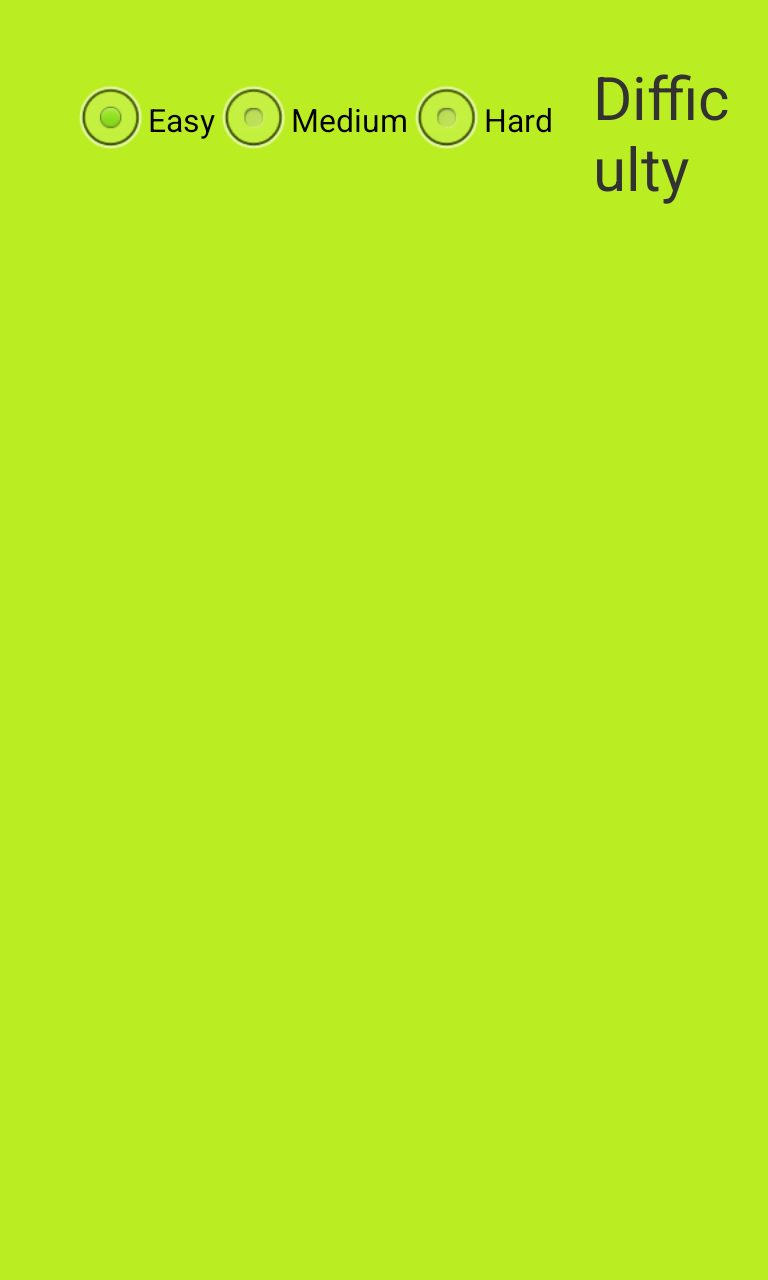
Repository: hoorncj-student/SuperSnakeOnline
Layout: SuperSnakeOnline/res/layout/activity_settings.xml
The author's editor kept a copy of each file at every save. The layout is drawn from the files as they stood at one save, then again after the next save.
It is drawn on a 768 x 1280 px phone screen (xhdpi) without system bars, with theme AppTheme; the app's code is not run.

Above is the layout before, as saved 2013-10-12 20:35:47.

### SuperSnakeOnline/res/layout/activity_settings.xml
<LinearLayout xmlns:tools="http://schemas.android.com/tools"
    xmlns:android="http://schemas.android.com/apk/res/android"
    android:layout_width="match_parent"
    android:layout_height="match_parent"
    android:paddingBottom="@dimen/activity_vertical_margin"
    android:paddingLeft="@dimen/activity_horizontal_margin"
    android:paddingRight="@dimen/activity_horizontal_margin"
    android:paddingTop="@dimen/activity_vertical_margin"
    android:background="@color/greenstuff"
    tools:context=".SettingsActivity" >

    <RadioGroup
        android:id="@+id/radioGroup1"
        android:layout_width="wrap_content"
        android:layout_height="wrap_content"
        android:layout_margin="20dp"
        android:orientation="horizontal" >

        <RadioButton
            android:id="@+id/radio0"
            android:layout_width="wrap_content"
            android:layout_height="wrap_content"
            android:checked="true"
            android:text="@string/easy_radio_button" />

        <RadioButton
            android:id="@+id/radio1"
            android:layout_width="wrap_content"
            android:layout_height="wrap_content"
            android:text="@string/medium_radio_button" />

        <RadioButton
            android:id="@+id/radio2"
            android:layout_width="wrap_content"
            android:layout_height="wrap_content"
            android:text="@string/hard_radio_button" />
    </RadioGroup>

    <TextView
        android:id="@+id/difficulty_text"
        android:layout_width="wrap_content"
        android:layout_height="wrap_content"
        android:layout_marginTop="10dp"
        android:text="@string/difficulty"
        android:textSize="30sp" />

    <ImageButton
        android:id="@+id/color_button"
        android:layout_width="50dp"
        android:layout_height="50dp"
        android:layout_margin="20dp"
        android:layout_marginTop="226dp"
        android:background="@drawable/ic_launcher"
        android:src="@drawable/green" />

    <TextView
        android:id="@+id/name_prompt_text"
        android:layout_width="wrap_content"
        android:layout_height="wrap_content"
        android:layout_marginBottom="105dp"
        android:text="@string/name_prompt"
        android:textSize="32sp" />

    <TextView
        android:id="@+id/snake_color_text"
        android:layout_width="wrap_content"
        android:layout_height="wrap_content"
        android:layout_alignParentTop="true"
        android:layout_centerHorizontal="true"
        android:layout_marginTop="355dp"
        android:text="@string/snake_color"
        android:textSize="32sp" />

</LinearLayout>

### SuperSnakeOnline/res/values/colors.xml
<?xml version="1.0" encoding="utf-8"?>
<resources>
    <color name="greenstuff">#BE2</color>
    <color name="text_violet">#ff8888ff</color>
    <color name="white">#FFFFFF</color>
</resources>

### SuperSnakeOnline/res/values/strings.xml
<?xml version="1.0" encoding="utf-8"?>
<resources>

    <string name="app_name">Super Snake Online</string>
    <string name="action_settings">Settings</string>
    <string name="single_player_button">Single Player</string>
    <string name="two_player_button">Two Player</string>
    <string name="high_scores_button">High Scores</string>
    <string name="settings_button">Settings</string>
    <string name="title_activity_snake_game">SnakeGameActivity</string>
    <string name="title_activity_settings">SettingsActivity</string>
    <string name="snake_color">Snake Color</string>
    <string name="difficulty">Difficulty</string>
    <string name="back_button">Back</string>
    <string name="easy_radio_button">Easy</string>
    <string name="medium_radio_button">Medium</string>
    <string name="hard_radio_button">Hard</string>
    <string name="title_activity_high_scores">HighScoresActivity</string>
    <string name="game_sound">Sound</string>
    <string name="title_activity_online_lobby">OnlineLobbyActivity</string>
    <string name="hello_world">Hello world!</string>
    <string name="name_prompt">Online Name</string>

</resources>

Loaded but not shown: SuperSnakeOnline/res/values/styles.xml (common file); SuperSnakeOnline/res/values/dimens.xml (common file)

After the next save:
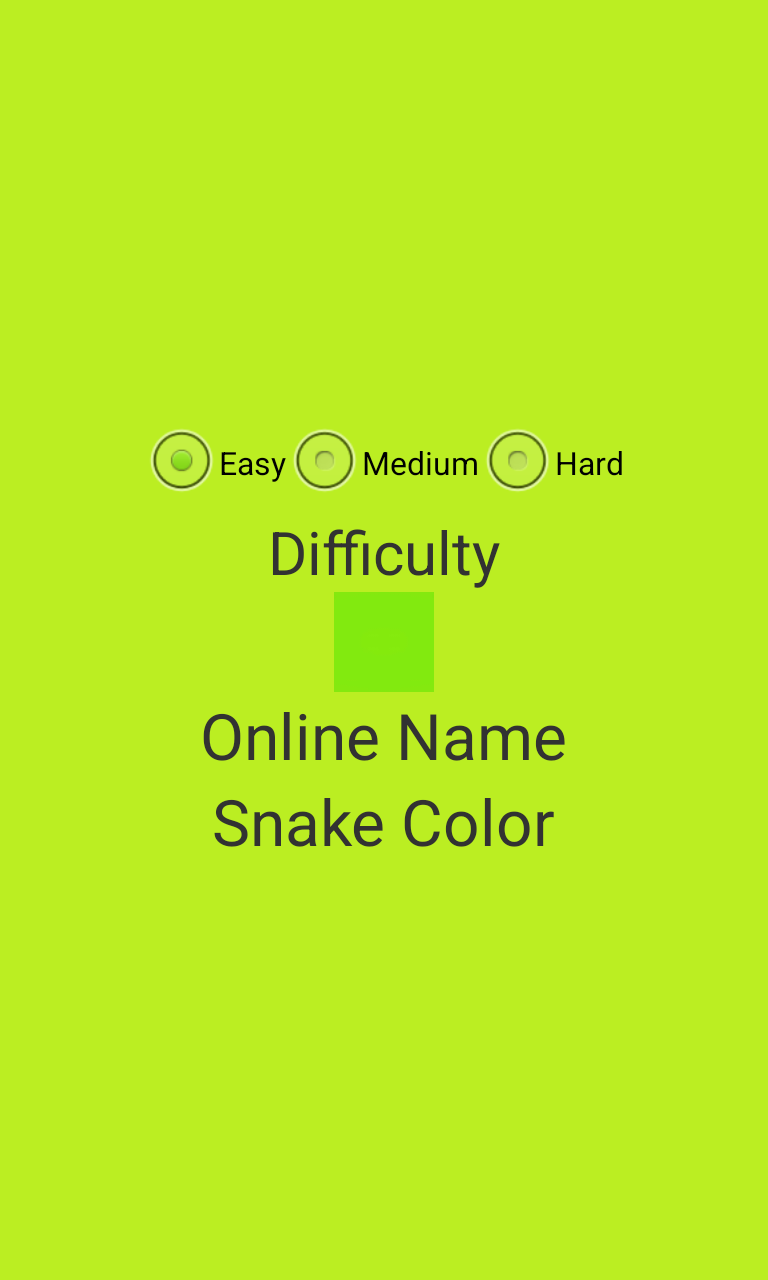
Saved 80 s later.
--- a/SuperSnakeOnline/res/layout/activity_settings.xml
+++ b/SuperSnakeOnline/res/layout/activity_settings.xml
@@ -7,13 +7,14 @@
     android:paddingRight="@dimen/activity_horizontal_margin"
     android:paddingTop="@dimen/activity_vertical_margin"
     android:background="@color/greenstuff"
-    tools:context=".SettingsActivity" >
+    tools:context=".SettingsActivity"
+    android:orientation="vertical"
+    android:gravity="center" >
 
     <RadioGroup
         android:id="@+id/radioGroup1"
         android:layout_width="wrap_content"
         android:layout_height="wrap_content"
-        android:layout_margin="20dp"
         android:orientation="horizontal" >
 
         <RadioButton
@@ -40,7 +41,6 @@
         android:id="@+id/difficulty_text"
         android:layout_width="wrap_content"
         android:layout_height="wrap_content"
-        android:layout_marginTop="10dp"
         android:text="@string/difficulty"
         android:textSize="30sp" />
 
@@ -48,8 +48,6 @@
         android:id="@+id/color_button"
         android:layout_width="50dp"
         android:layout_height="50dp"
-        android:layout_margin="20dp"
-        android:layout_marginTop="226dp"
         android:background="@drawable/ic_launcher"
         android:src="@drawable/green" />
 
@@ -57,7 +55,6 @@
         android:id="@+id/name_prompt_text"
         android:layout_width="wrap_content"
         android:layout_height="wrap_content"
-        android:layout_marginBottom="105dp"
         android:text="@string/name_prompt"
         android:textSize="32sp" />
 
@@ -65,9 +62,6 @@
         android:id="@+id/snake_color_text"
         android:layout_width="wrap_content"
         android:layout_height="wrap_content"
-        android:layout_alignParentTop="true"
-        android:layout_centerHorizontal="true"
-        android:layout_marginTop="355dp"
         android:text="@string/snake_color"
         android:textSize="32sp" />
 
